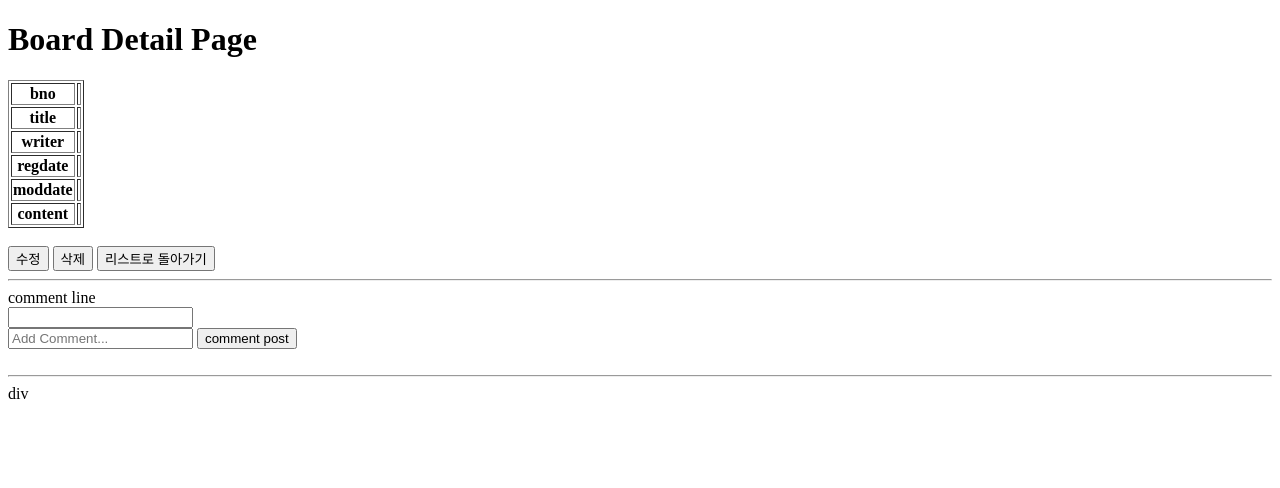
Repository: gajami-kim/jspStudy240430
Page: http://localhost/jsp_study/board/detail.jsp
An editor plug-in stored every save of this project. The page is shown before and after the next save, followed by the edit.
The browser window is 1280 px wide. The pictures show the whole page.
The page is served by Tomcat 9. The template is opened directly, without the code that normally fills it, so the values that code supplies are empty.

Above is the page before, as saved 2024-04-18 01:40:50.

After the next save:
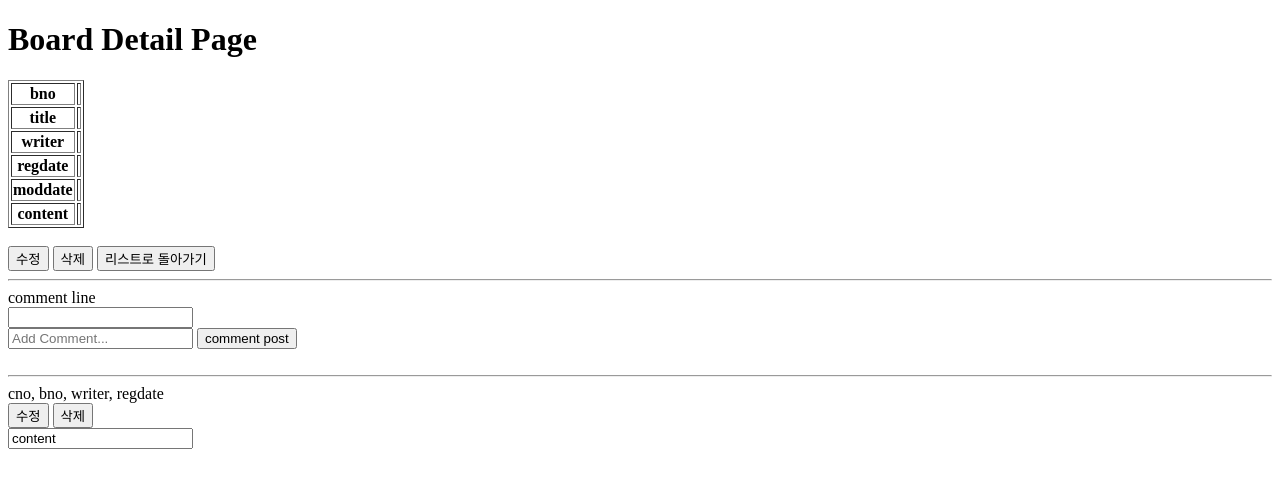
Saved 118 s later.
--- a/jsp_study/src/main/webapp/board/detail.jsp
+++ b/jsp_study/src/main/webapp/board/detail.jsp
@@ -56,6 +56,15 @@
 	<br>
 	<hr>
 	<!-- comment 출력 -->
-	div
+	<div id="commentLine">
+		<div>
+			<div>cno, bno, writer, regdate</div>
+			<div>
+				<button>수정</button>
+				<button>삭제</button> <br>
+				<input type="text" value="content">
+			</div>
+		</div>
+	</div>
 </body>
 </html>
